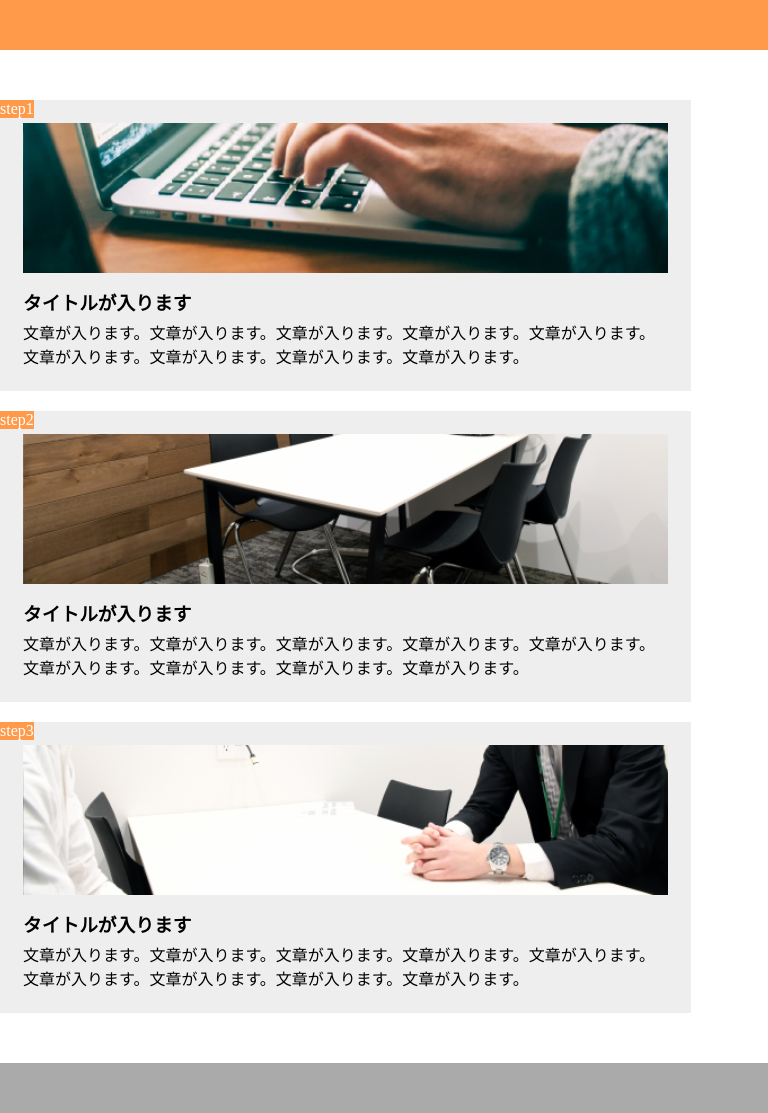
Repository: yuurisyachi/git
Page: chapter9/chapter9_exercise.html
The author's editor kept a record of every edit. The page is drawn from the files as they stood at one moment, then again after the next edit.
The browser window is 768 px wide. The pictures show the whole page.

Above is the page before.

After the next edit:
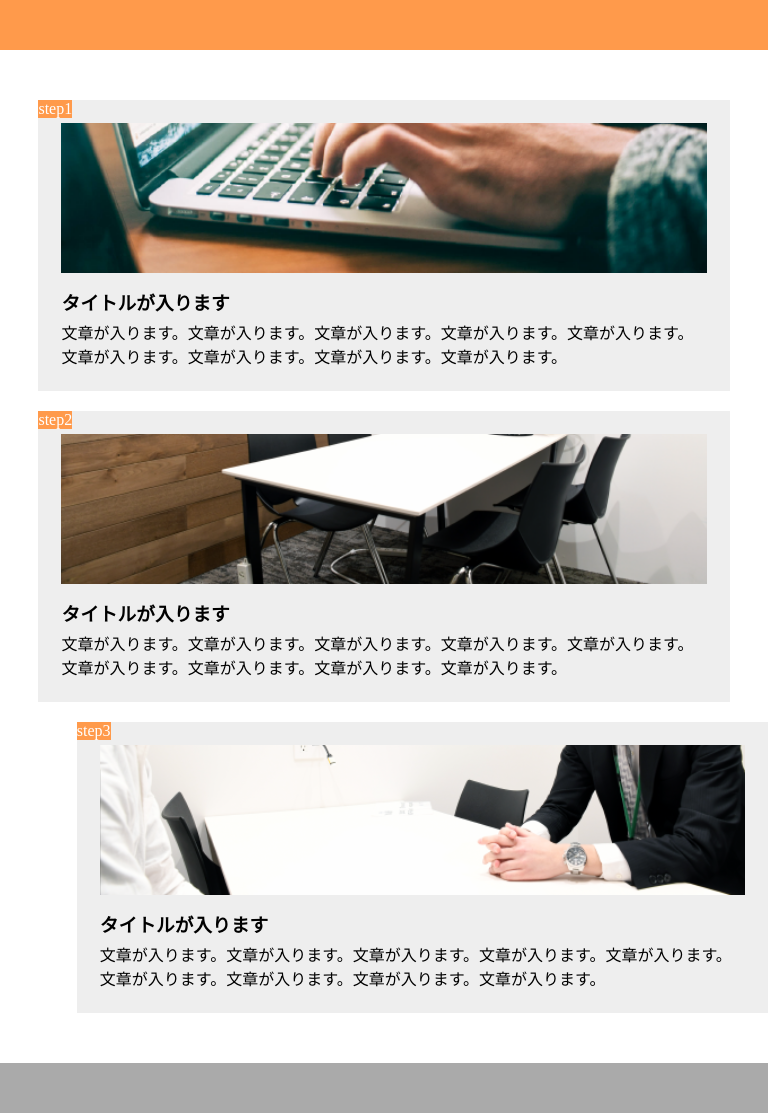
The edit:
--- a/chapter9/chapter9_exercise.css
+++ b/chapter9/chapter9_exercise.css
@@ -76,8 +76,8 @@
 
   .step-box {
     width: 90%;
-    margin-bottom: 20px;
-    padding: 3%
+    margin: 0 auto 20px;
+    padding: 3%;
   }
 
 }
